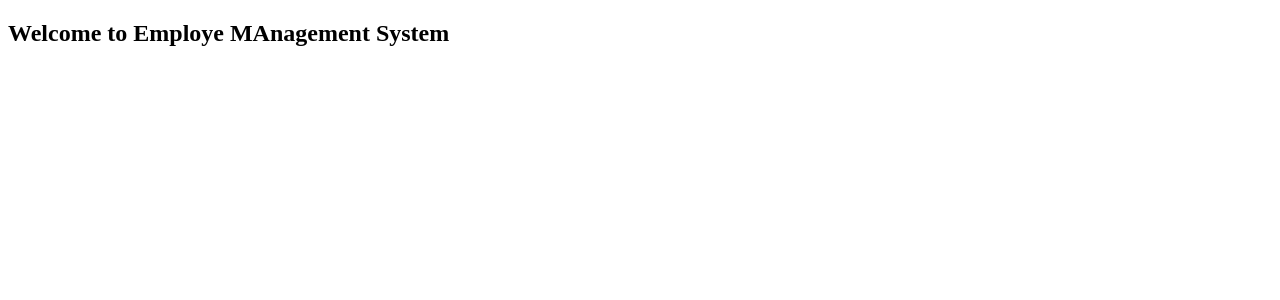
Repository: aamir5773/Spring
Page: http://localhost/SpringMvcEmployeeManagement-1WithJdbc/addEmployeePage
These files come from the project's save history. The page is drawn as it stood at one moment and after the next save; the edit follows.
The browser window is 1280 px wide. The pictures show the whole page.
The page is served by Tomcat 9. Other server files are loaded and not shown.

Above is the page before, as saved 2019-11-14 06:55:37.

### SpringMvcEmployeeManagement-1WithJdbc/WebContent/WEB-INF/pages/AddEmployee.jsp
<%@ page language="java" contentType="text/html; charset=ISO-8859-1"
    pageEncoding="ISO-8859-1"%>
<!DOCTYPE html PUBLIC "-//W3C//DTD HTML 4.01 Transitional//EN" "http://www.w3.org/TR/html4/loose.dtd">
<html>
<head>
<meta http-equiv="Content-Type" content="text/html; charset=ISO-8859-1">
<title>Add Employee</title>
</head>
<body>
<h2>Welcome to Employe MAnagement System</h2>
<form action="">



</form>

</body>
</html>

After the next save:
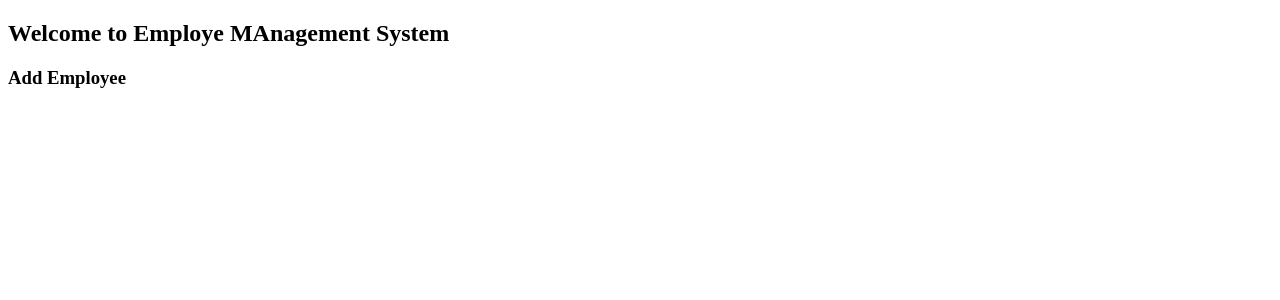
Saved 9 s later.
--- a/SpringMvcEmployeeManagement-1WithJdbc/WebContent/WEB-INF/pages/AddEmployee.jsp
+++ b/SpringMvcEmployeeManagement-1WithJdbc/WebContent/WEB-INF/pages/AddEmployee.jsp
@@ -8,6 +8,7 @@
 </head>
 <body>
 <h2>Welcome to Employe MAnagement System</h2>
+<h3>Add Employee</h3>
 <form action="">
 
 
